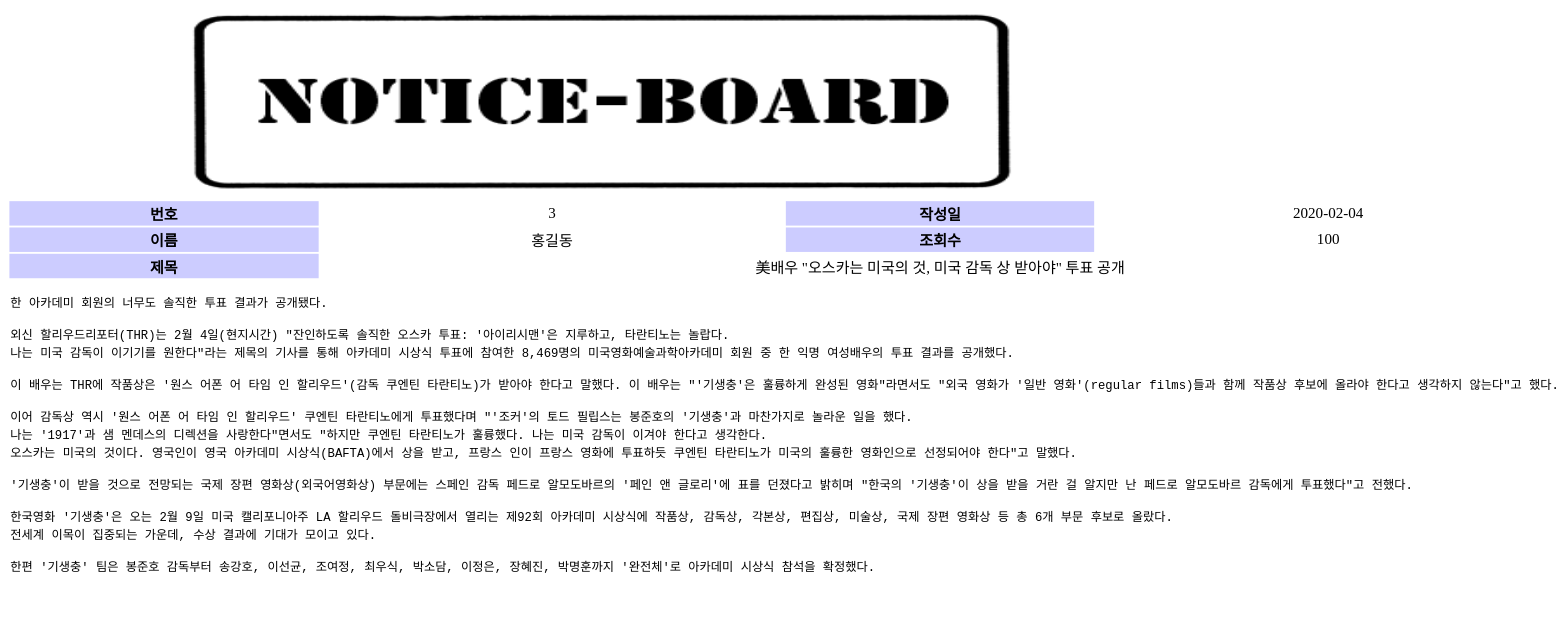
Repository: Rummikub/DBStudy
Page: HTML Project3/WebContent/html/detail.html
An editor plug-in stored every save of this project. The page is shown before and after the next save, followed by the edit.
The browser window is 1280 px wide. The page is 1663 px wide, then 1280 px, so the pictures cover 1663 px, including what lies to the right of the window. The pictures show the whole page, at 94% of full size.

Above is the page before, as saved 2020-02-05 07:15:55.

### HTML Project3/WebContent/html/detail.html
<!DOCTYPE html>
<html>
<head>
<meta charset="UTF-8">
<title>Insert title here</title>
</head>
<body>
	<center>
	<img src="noticeboard.png" width=900 height=200>
	<table border=0 width=900>
		<tr>
		 <th width=20% bgcolor="#ccccff">번호</th>
		 <td width=30% align="center">3</td>
		 <th width=20% bgcolor="#ccccff">작성일</th>
		 <td width=30% align="center">2020-02-04</td>
		</tr>
		<tr>
		 <th width=20% bgcolor="#ccccff">이름</th>
		 <td width=30% align="center">홍길동</td>
		 <th width=20% bgcolor="#ccccff">조회수</th>
		 <td width=30% align="center">100</td>
		</tr>
		<tr>
		 <th width=20% bgcolor="#ccccff">제목</th>
		 <td colspan="3" align="center">美배우 "오스카는 미국의 것, 미국 감독 상 받아야" 투표 공개</td>
		</tr>
		<tr>
		 <td colspan="4" align="left" valign="top" height="200"><pre>한 아카데미 회원의 너무도 솔직한 투표 결과가 공개됐다.

외신 할리우드리포터(THR)는 2월 4일(현지시간) "잔인하도록 솔직한 오스카 투표: '아이리시맨'은 지루하고, 타란티노는 놀랍다.
나는 미국 감독이 이기기를 원한다"라는 제목의 기사를 통해 아카데미 시상식 투표에 참여한 8,469명의 미국영화예술과학아카데미 회원 중 한 익명 여성배우의 투표 결과를 공개했다.

이 배우는 THR에 작품상은 '원스 어폰 어 타임 인 할리우드'(감독 쿠엔틴 타란티노)가 받아야 한다고 말했다. 이 배우는 "'기생충'은 훌륭하게 완성된 영화"라면서도 "외국 영화가 '일반 영화'(regular films)들과 함께 작품상 후보에 올라야 한다고 생각하지 않는다"고 했다.

이어 감독상 역시 '원스 어폰 어 타임 인 할리우드' 쿠엔틴 타란티노에게 투표했다며 "'조커'의 토드 필립스는 봉준호의 '기생충'과 마찬가지로 놀라운 일을 했다.
나는 '1917'과 샘 멘데스의 디렉션을 사랑한다"면서도 "하지만 쿠엔틴 타란티노가 훌륭했다. 나는 미국 감독이 이겨야 한다고 생각한다.
오스카는 미국의 것이다. 영국인이 영국 아카데미 시상식(BAFTA)에서 상을 받고, 프랑스 인이 프랑스 영화에 투표하듯 쿠엔틴 타란티노가 미국의 훌륭한 영화인으로 선정되어야 한다"고 말했다.

'기생충'이 받을 것으로 전망되는 국제 장편 영화상(외국어영화상) 부문에는 스페인 감독 페드로 알모도바르의 '페인 앤 글로리'에 표를 던졌다고 밝히며 "한국의 '기생충'이 상을 받을 거란 걸 알지만 난 페드로 알모도바르 감독에게 투표했다"고 전했다.

한국영화 '기생충'은 오는 2월 9일 미국 캘리포니아주 LA 할리우드 돌비극장에서 열리는 제92회 아카데미 시상식에 작품상, 감독상, 각본상, 편집상, 미술상, 국제 장편 영화상 등 총 6개 부문 후보로 올랐다.
전세계 이목이 집중되는 가운데, 수상 결과에 기대가 모이고 있다.

한편 '기생충' 팀은 봉준호 감독부터 송강호, 이선균, 조여정, 최우식, 박소담, 이정은, 장혜진, 박명훈까지 '완전체'로 아카데미 시상식 참석을 확정했다.</pre></td>
		</tr>
	</table>
	</center>
</body>
</html>

After the next save:
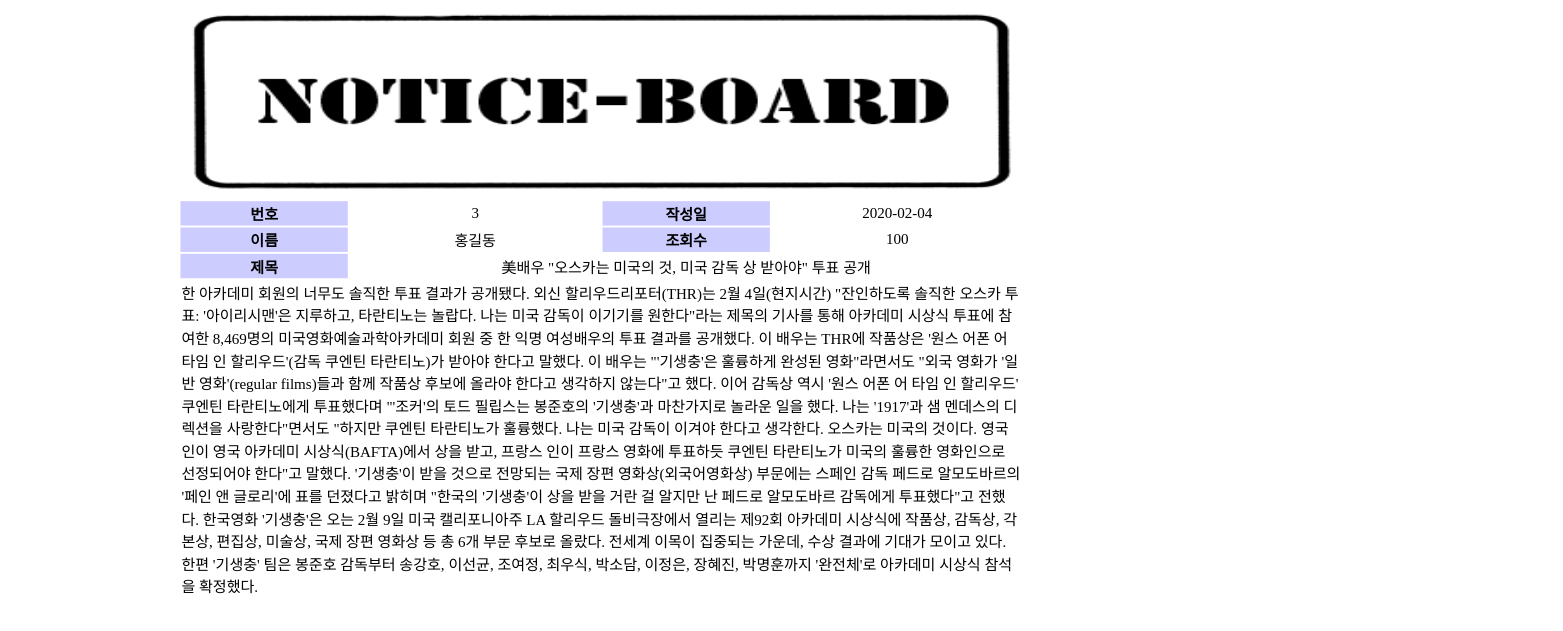
Saved 64 s later.
--- a/HTML Project3/WebContent/html/detail.html
+++ b/HTML Project3/WebContent/html/detail.html
@@ -25,7 +25,7 @@
 		 <td colspan="3" align="center">美배우 "오스카는 미국의 것, 미국 감독 상 받아야" 투표 공개</td>
 		</tr>
 		<tr>
-		 <td colspan="4" align="left" valign="top" height="200"><pre>한 아카데미 회원의 너무도 솔직한 투표 결과가 공개됐다.
+		 <td colspan="4" align="left" valign="top" height="200">한 아카데미 회원의 너무도 솔직한 투표 결과가 공개됐다.
 
 외신 할리우드리포터(THR)는 2월 4일(현지시간) "잔인하도록 솔직한 오스카 투표: '아이리시맨'은 지루하고, 타란티노는 놀랍다.
 나는 미국 감독이 이기기를 원한다"라는 제목의 기사를 통해 아카데미 시상식 투표에 참여한 8,469명의 미국영화예술과학아카데미 회원 중 한 익명 여성배우의 투표 결과를 공개했다.
@@ -41,7 +41,7 @@
 한국영화 '기생충'은 오는 2월 9일 미국 캘리포니아주 LA 할리우드 돌비극장에서 열리는 제92회 아카데미 시상식에 작품상, 감독상, 각본상, 편집상, 미술상, 국제 장편 영화상 등 총 6개 부문 후보로 올랐다.
 전세계 이목이 집중되는 가운데, 수상 결과에 기대가 모이고 있다.
 
-한편 '기생충' 팀은 봉준호 감독부터 송강호, 이선균, 조여정, 최우식, 박소담, 이정은, 장혜진, 박명훈까지 '완전체'로 아카데미 시상식 참석을 확정했다.</pre></td>
+한편 '기생충' 팀은 봉준호 감독부터 송강호, 이선균, 조여정, 최우식, 박소담, 이정은, 장혜진, 박명훈까지 '완전체'로 아카데미 시상식 참석을 확정했다.</td>
 		</tr>
 	</table>
 	</center>
